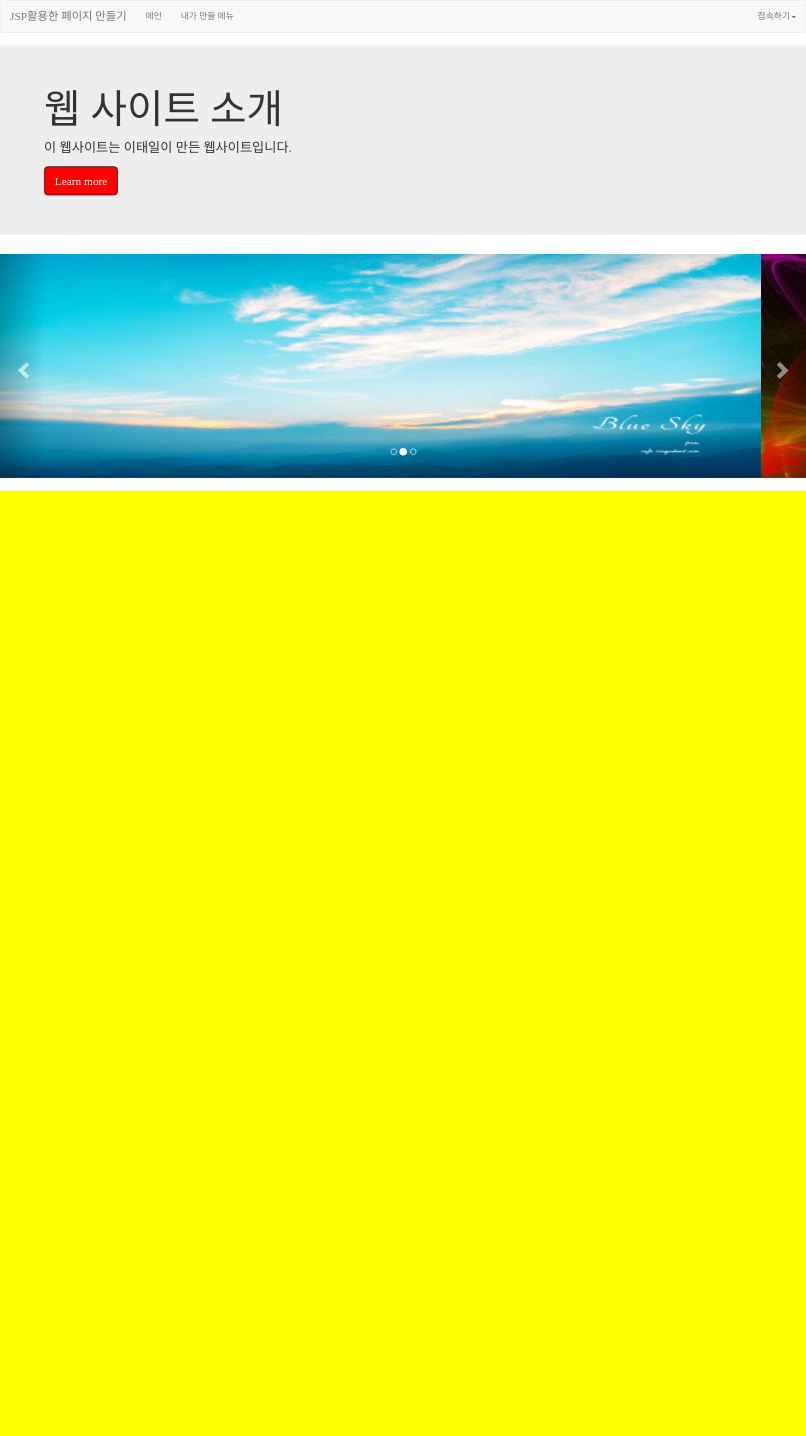
Repository: taeillee1/Newstudy
Page: http://localhost/SpringMVCJava/WEB-INF/views/mainpage.jsp
These files come from the project's save history. The page is drawn as it stood at one moment and after the next save; the edit follows.
The browser window is 1280 px wide. The pictures show the whole page, at 63% of full size.
Some web fonts or font styles are not loaded; a fallback is used. Some web libraries are served in a nearby version. The page is served by Tomcat 9. Nobody is signed in. The template is opened directly, without the code that normally fills it, so the values that code supplies are empty.

Above is the page before, as saved 2022-01-08 11:13:12.

After the next save:
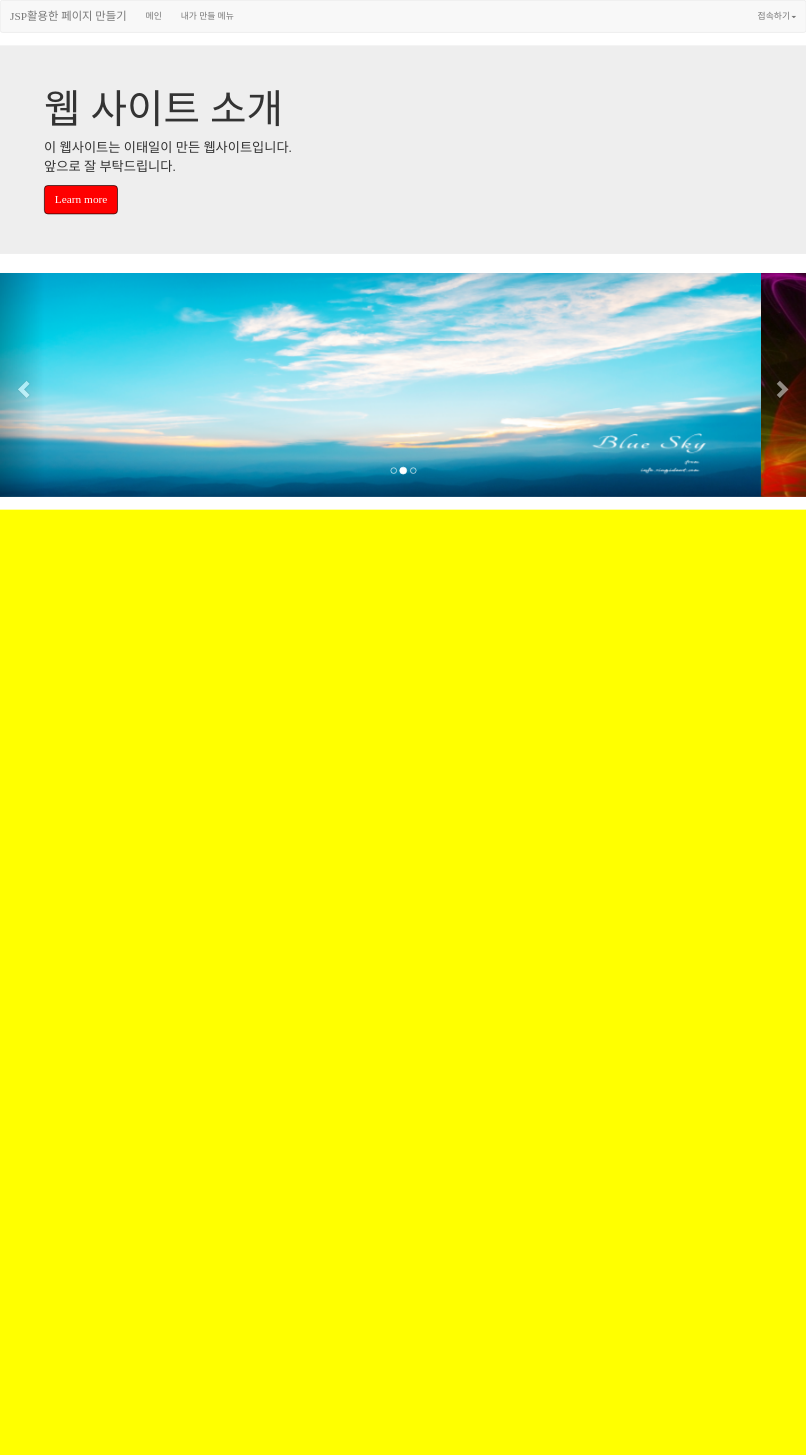
Saved 9 min 27 s later.
--- a/Newpage/SpringMVCJava/src/main/webapp/WEB-INF/views/mainpage.jsp
+++ b/Newpage/SpringMVCJava/src/main/webapp/WEB-INF/views/mainpage.jsp
@@ -81,7 +81,7 @@
 	<div class="jumbotron">
 		<div class="container">
 			<h1>웹 사이트 소개</h1>
-			<p>이 웹사이트는 이태일이 만든 웹사이트입니다.</p>
+			<p>이 웹사이트는 이태일이 만든 웹사이트입니다.<br>앞으로 잘 부탁드립니다.</p>
 			<p><a class="btn btn-primary btn-lg" href="#" role="button" style = "background-color: red; border-color:black;">Learn more</a></p>
 		</div>
 	</div>
